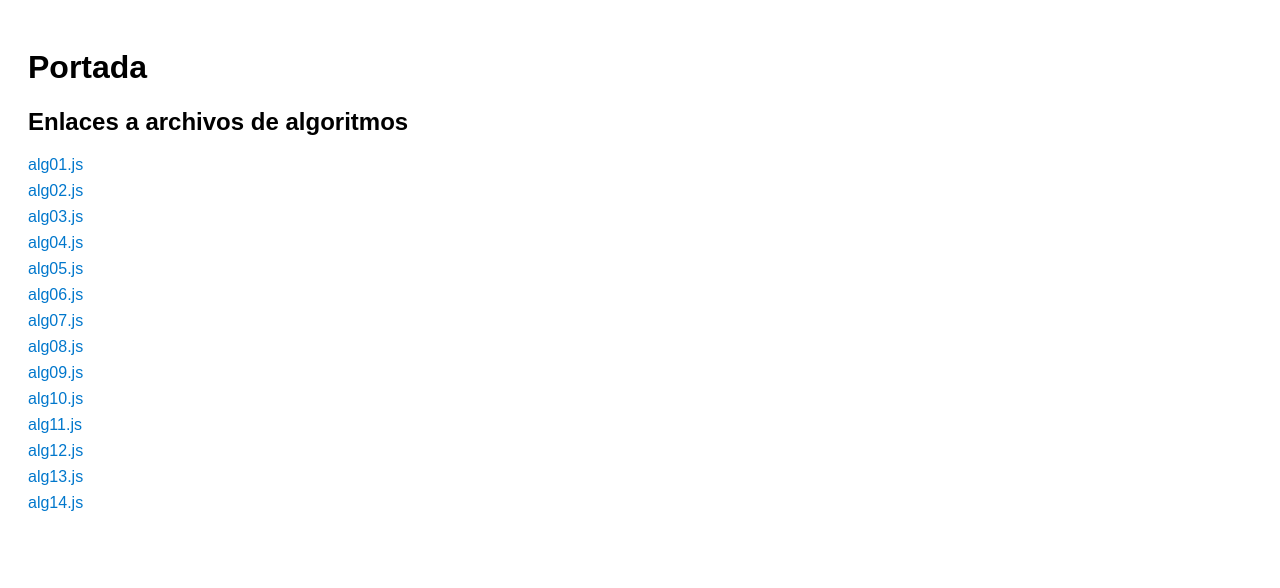
Repository: rlhardrock/SENATallerAlgoritmos01
Page: algoritmo.html
These files come from the project's save history. The page is drawn as it stood at one moment and after the next save; the edit follows.
The browser window is 1280 px wide. The pictures show the whole page.

Above is the page before, as saved 2025-04-23 16:13:43.

After the next save:
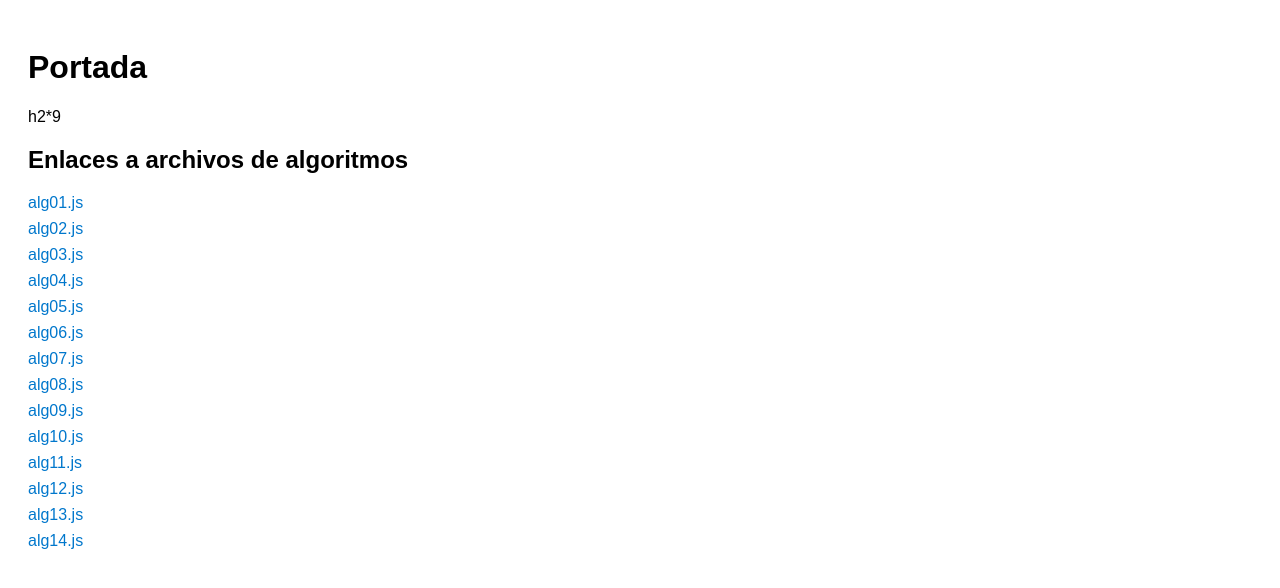
Saved 28 s later.
--- a/algoritmo.html
+++ b/algoritmo.html
@@ -28,7 +28,7 @@
 
   <h1>Portada</h1>
   <div>
-
+    h2*9
   </div>
 
   <h2>Enlaces a archivos de algoritmos</h2>

After the save that followed:
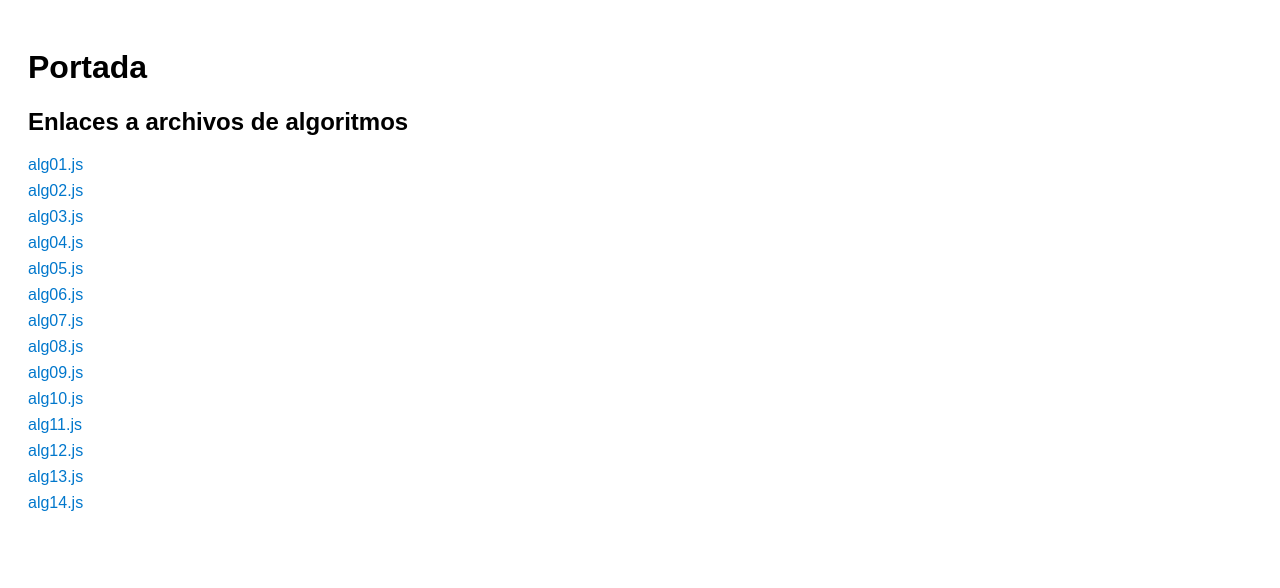
Saved 7 s later.
--- a/algoritmo.html
+++ b/algoritmo.html
@@ -28,7 +28,15 @@
 
   <h1>Portada</h1>
   <div>
-    h2*9
+    <h2></h2>
+    <h2></h2>
+    <h2></h2>
+    <h2></h2>
+    <h2></h2>
+    <h2></h2>
+    <h2></h2>
+    <h2></h2>
+    <h2></h2>
   </div>
 
   <h2>Enlaces a archivos de algoritmos</h2>
